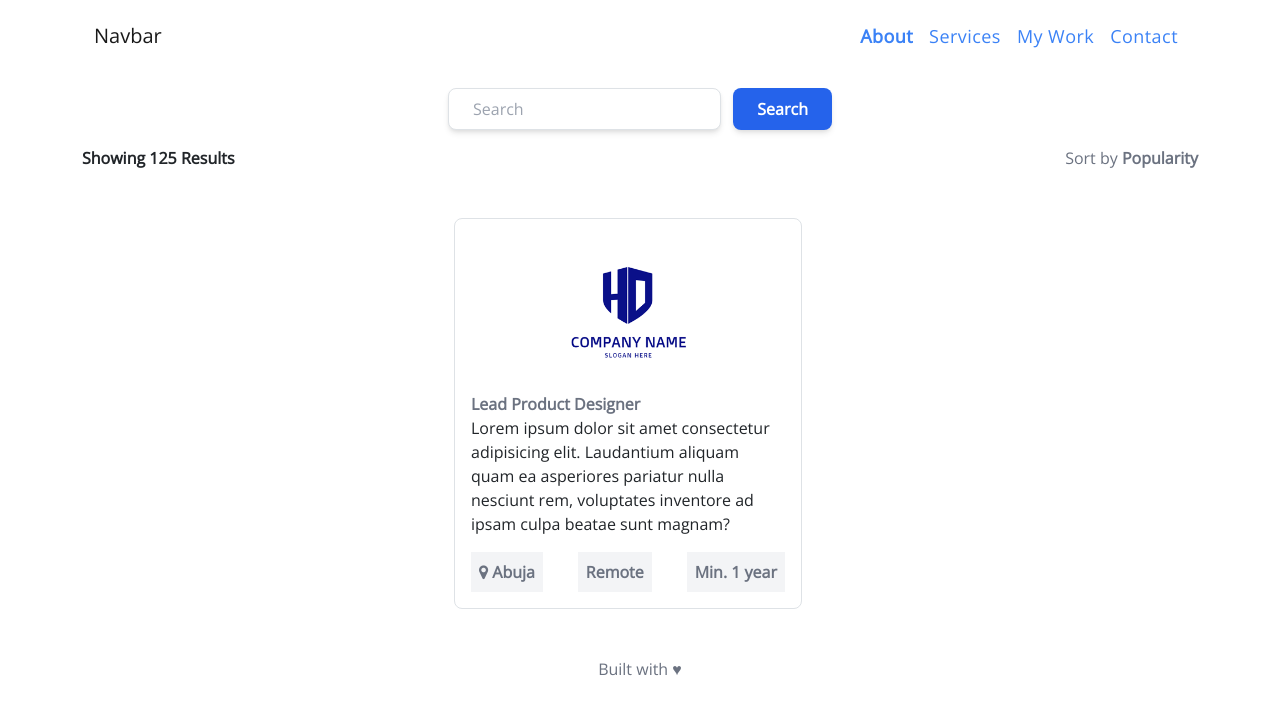
Repository: latenightsnacc/giggles
Page: HTML/search.html
An editor plug-in stored every save of this project. The page is shown before and after the next save, followed by the edit.
The browser window is 1280 px wide. The pictures show the whole page.
Some web libraries are served in a nearby version.

Above is the page before, as saved 2021-01-04 12:07:24.

### HTML/search.html
<!DOCTYPE html>
<html lang="en">
<head>
    <meta charset="UTF-8">
    <meta name="viewport" content="width=device-width, initial-scale=1.0">
    <link href="https://cdnjs.cloudflare.com/ajax/libs/tailwindcss/2.0.2/tailwind.min.css" rel="stylesheet">
    <link rel="stylesheet" href="https://stackpath.bootstrapcdn.com/font-awesome/4.7.0/css/font-awesome.min.css" />
    <link href="https://cdn.jsdelivr.net/npm/bootstrap@5.0.0-beta1/dist/css/bootstrap.min.css" rel="stylesheet" integrity="sha384-giJF6kkoqNQ00vy+HMDP7azOuL0xtbfIcaT9wjKHr8RbDVddVHyTfAAsrekwKmP1" crossorigin="anonymous">
    <link rel="stylesheet" href="stylesheet.css">
    <title>Search Page</title>
</head>
<body class="overflow-x-hidden">
    <!--Navigation-->
    <header class="container">
        <nav class="navbar navbar-expand-lg navbar-light bg-white py-3">
            <div class="container-fluid">
                <a class="navbar-brand" href="search.html">Navbar</a>
                <button class="navbar-toggler" type="button" data-bs-toggle="collapse" data-bs-target="#navbarNavDropdown" aria-controls="navbarNavDropdown" aria-expanded="false" aria-label="Toggle navigation">
                    <span class="navbar-toggler-icon"></span>
                </button>
                <div class="collapse navbar-collapse" id="navbarNavDropdown">
                    <ul class="navbar-nav ml-auto">
                    <li class="nav-item">
                        <a class="nav-link text-lg hover:underline hover:font-bold tracking-wide leading-5 active" aria-current="page" href="#">About</a>
                    </li>
                    <li class="nav-item">
                        <a class="nav-link text-lg hover:underline hover:font-bold tracking-wide leading-5" href="#">Services</a>
                    </li>
                    <li class="nav-item">
                        <a class="nav-link text-lg hover:underline hover:font-bold tracking-wide leading-5" href="#">My Work</a>
                    </li>
                    <li class="nav-item">
                        <a class="nav-link text-lg hover:underline hover:font-bold tracking-wide leading-5" href="#">Contact</a>
                    </li>
                    </ul>
                </div>
            </div>
        </nav>
    </header>
    <main>
        <!-- search form-->
        <div class="container">
            <form class="flex w-full max-w-sm mx-auto space-x-3 my-3">
                <input class="flex-1 appearance-none border border-transparent w-full py-2 px-4 bg-white text-gray-700 placeholder-gray-400 shadow-md rounded-lg text-base focus:outline-none focus:ring-2 focus:ring-blue-600 focus:border-transparent" type="search" placeholder="Search">
                <button class="flex-shrink-0 bg-blue-600 text-white text-base font-semibold py-2 px-4 rounded-lg shadow-md hover:bg-blue-700 focus:outline-none focus:ring-2 focus:ring-blue-500 focus:ring-offset-2 focus:ring-offset-blue-200" type="submit">
                  Search
                </button>
            </form>
        </div>

        <div class="container">
            <div class="flex flex-row w-100 justify-between">
                <div class="font-bold">Showing 125 Results</div>
                <div class="text-gray-500">Sort by <span class="font-semibold">Popularity</span> </div>
            </div>
        </div>

        <div class="container my-5">
            <div class="row flex justify-center items-center w-100">
                <div class="col-xs-12 col-sm-12 col-md-4 col-lg-4">
                    <div class="max-w-sm hover:shadow-2xl border mx-auto p-3 rounded-lg">
                        <a href="#" class="flex justify-center">
                            <img src="assets/logo.png" alt="company-logo" style="max-width: 50%;">
                        </a>
                        <div class="text-gray-500 font-bold">Lead Product Designer</div>
                        <p>Lorem ipsum dolor sit amet consectetur adipisicing elit. Laudantium aliquam quam ea asperiores pariatur nulla nesciunt rem, voluptates inventore ad ipsam culpa beatae sunt magnam?</p>
                        <div class="flex flex-row justify-between">
                            <span class="bg-gray-100 text-gray-500 p-2 font-semibold"><i class="fa fa-map-marker"></i> Abuja</span>
                            <span class="bg-gray-100 text-gray-500 p-2 font-semibold">Remote</span>
                            <span class="bg-gray-100 text-gray-500 p-2 font-semibold">Min. 1 year</span>
                        </div>
                        <div class="flex flex-row justify-between">

                        </div>
                    </div>
                </div>
            </div>
        </div>
    </main>
    <footer class="text-center text-l text-blue-500 font-semibold">

        <p class="text-gray-500">Built with &hearts;</p>

    <script src="https://cdn.jsdelivr.net/npm/bootstrap@5.0.0-beta1/dist/js/bootstrap.bundle.min.js" integrity="sha384-ygbV9kiqUc6oa4msXn9868pTtWMgiQaeYH7/t7LECLbyPA2x65Kgf80OJFdroafW" crossorigin="anonymous"></script>

</body>
</html>

### HTML/stylesheet.css
@import url('https://fonts.googleapis.com/css2?family=Montserrat:wght@400;700&family=Open+Sans:wght@300;400&display=swap');

h1, h2, h3, h4, h5, h6 {
    font-family: 'Montserrat', sans-serif;
}
.user-info h1 {
    line-height: 60px;
    font-size: 50px;
    font-weight: 700;
    margin-top: 20px;
}
.user-info h2 {
    line-height: 27px;
    font-size: 18px;
    font-weight: 400;
    margin-top: 15px;
}
.user-info span {
    line-height: 36px;
    font-size: 30px;
    font-weight: 600;
}
.user-info p {
    margin: 5px 0;
}
.user-info button {
    margin-top: 10px;
}
p, div, a, button {
    font-family: 'Open Sans', sans-serif;
    font-weight: 300;
}

.work-experience .row:hover .text {
    border:2px solid  #3b82f6;

}
.work-experience .row:hover .flex .no {
    border:1px solid #3b82f6;

}
.nav-link {
    color: #3b82f6 !important;
}
.nav-item .active{
    font-weight: 600;
}

After the next save:
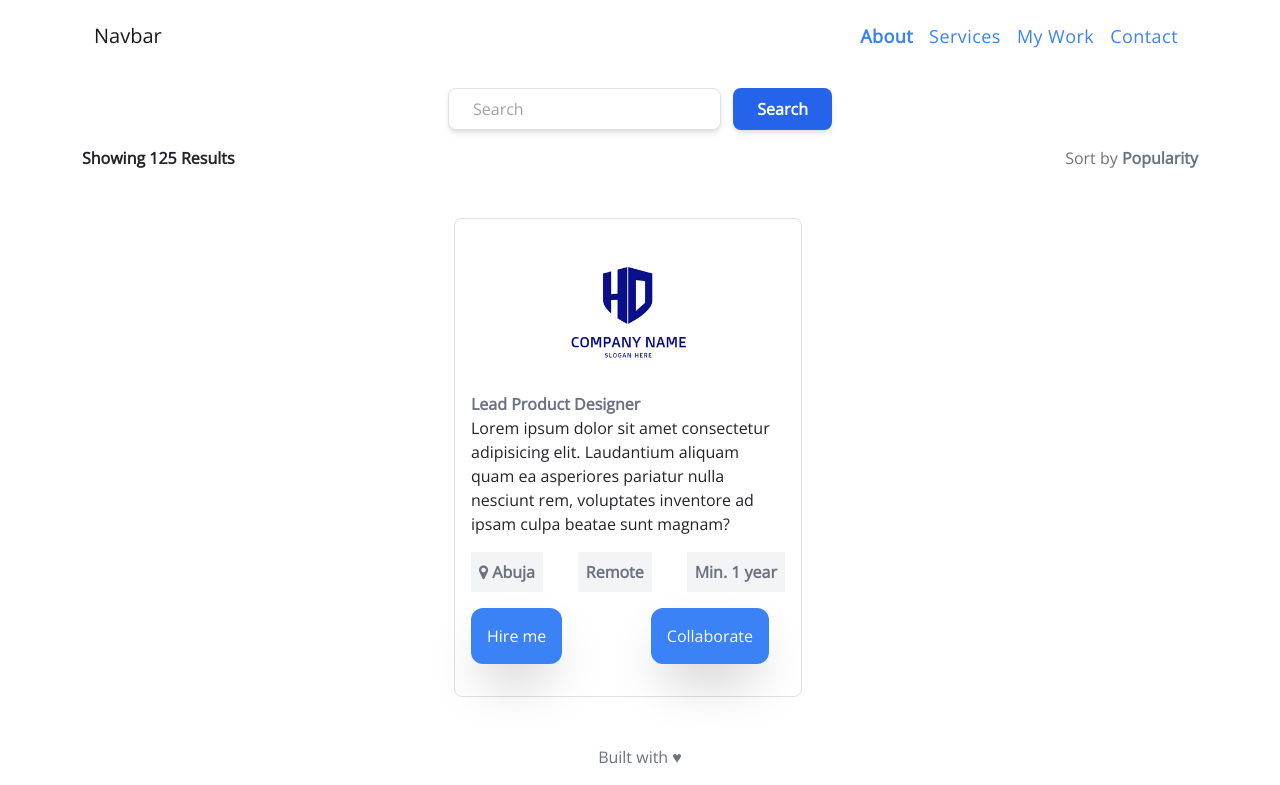
Saved 32 s later.
--- a/HTML/search.html
+++ b/HTML/search.html
@@ -70,7 +70,8 @@
                             <span class="bg-gray-100 text-gray-500 p-2 font-semibold">Min. 1 year</span>
                         </div>
                         <div class="flex flex-row justify-between">
-
+                            <button class="bg-blue-500 hover:bg-blue-700 text-white p-3 semi-bold rounded-xl shadow-2xl my-3">Hire me</button>
+                            <button class="bg-blue-500 hover:bg-blue-700 text-white p-3 semi-bold rounded-xl shadow-2xl my-3 mx-3">Collaborate</button>
                         </div>
                     </div>
                 </div>
